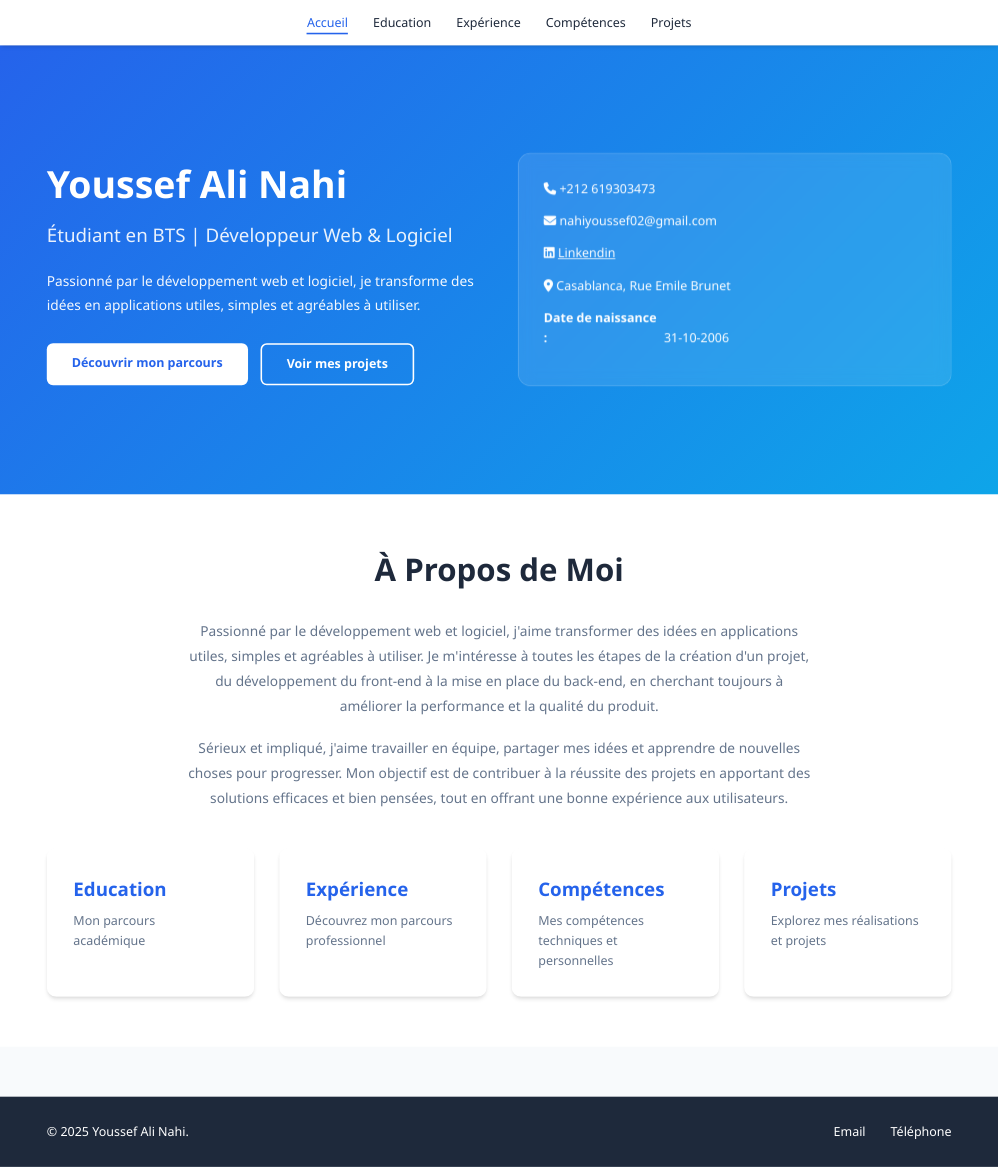
Repository: Youssef-Nahi504/My_Portfolio
Page: index.html
These files come from the project's save history. The page is drawn as it stood at one moment and after the next save; the edit follows.
The browser window is 1280 px wide. The pictures show the whole page, at 78% of full size.

Above is the page before, as saved 2025-12-21 13:31:07.

### index.html
<!DOCTYPE html>
<html lang="fr">

<head>
    <meta charset="UTF-8">
    <meta name="viewport" content="width=device-width, initial-scale=1.0">
    <title>Youssef Ali Nahi - Portfolio</title>
    <link rel="stylesheet" href="style.css">
    <link rel="stylesheet" href="https://cdnjs.cloudflare.com/ajax/libs/font-awesome/6.5.1/css/all.min.css">
</head>

<body>
    <nav class="navbar">
        <div class="nav-container">
            <ul class="nav-menu">
                <li><a href="index.html" class="active">Accueil</a></li>
                <li><a href="Education.html">Education</a></li>
                <li><a href="experience.html">Expérience</a></li>
                <li><a href="competences.html">Compétences</a></li>
                <li><a href="projets.html">Projets</a></li>
            </ul>
        </div>
    </nav>

    <main>
        <section class="hero">
            <div class="hero-content">
                <div class="hero-text">
                    <h1>Youssef Ali Nahi</h1>
                    <h2>Étudiant en BTS | Développeur Web & Logiciel</h2>
                    <p class="hero-subtitle">Passionné par le développement web et logiciel, je transforme des idées en
                        applications utiles, simples et agréables à utiliser.</p>
                    <div class="hero-buttons">
                        <a href="experience.html" class="btn btn-primary">Découvrir mon parcours</a>
                        <a href="projets.html" class="btn btn-secondary">Voir mes projets</a>
                    </div>
                </div>
                <div class="hero-image">
                    <div class="profile-card">
                        <div class="profile-info">
                            <p><i class="fa-solid fa-phone"></i> +212 619303473</p>
                            <p> <i class="fa-solid fa-envelope"></i> nahiyoussef02@gmail.com</p>
                            <p><i class="fa-brands fa-linkedin"></i> <a href="https://www.linkedin.com/in/youssefalinahi02/" target="_blank" style="color: white;">Linkendin</a></p>
                            <p><i class="fa-solid fa-location-dot"></i> Casablanca, Rue Emile Brunet</p>
                            <p><strong>Date de naissance :</strong> 31-10-2006</p>
                        </div>
                    </div>
                </div>
            </div>
        </section>

        <section class="about">
            <div class="container">
                <h2 class="section-title">À Propos de Moi</h2>
                <div class="about-content">
                    <p>
                        Passionné par le développement web et logiciel, j'aime transformer des idées en applications
                        utiles, simples et agréables à utiliser. Je m'intéresse à toutes les étapes de la création d'un
                        projet, du développement du front-end à la mise en place du back-end, en cherchant toujours à
                        améliorer la performance et la qualité du produit.
                    </p>
                    <p>
                        Sérieux et impliqué, j'aime travailler en équipe, partager mes idées et apprendre de nouvelles
                        choses pour progresser. Mon objectif est de contribuer à la réussite des projets en apportant
                        des solutions efficaces et bien pensées, tout en offrant une bonne expérience aux utilisateurs.
                    </p>
                </div>
                <div class="quick-links">
                    <a href="Education.html" class="quick-link-card">
                        <h3>Education</h3>
                        <p>Mon parcours académique</p>
                    </a>

                    <a href="experience.html" class="quick-link-card">
                        <h3>Expérience</h3>
                        <p>Découvrez mon parcours professionnel</p>
                    </a>
                    <a href="competences.html" class="quick-link-card">
                        <h3>Compétences</h3>
                        <p>Mes compétences techniques et personnelles</p>
                    </a>
                    <a href="projets.html" class="quick-link-card">
                        <h3>Projets</h3>
                        <p>Explorez mes réalisations et projets</p>
                    </a>
                </div>
            </div>
        </section>
    </main>

    <footer>
        <div class="container">
            <p>&copy; 2025 Youssef Ali Nahi.</p>
            <div class="footer-links">
                <a href="mailto:nahiyoussef02@gmail.com">Email</a>
                <a href="tel:+212619303473">Téléphone</a>
            </div>
        </div>
    </footer>

    <script src="file.js"></script>
</body>

</html>

### style.css
* {
    margin: 0;
    padding: 0;
    box-sizing: border-box;
}

:root {
    --primary-color: #2563eb;
    --primary-dark: #1e40af;
    --secondary-color: #64748b;
    --accent-color: #0ea5e9;
    --text-dark: #1e293b;
    --text-light: #64748b;
    --bg-light: #f8fafc;
    --bg-white: #ffffff;
    --border-color: #e2e8f0;
    --shadow: 0 4px 6px -1px rgba(0, 0, 0, 0.1), 0 2px 4px -1px rgba(0, 0, 0, 0.06);
    --shadow-lg: 0 10px 15px -3px rgba(0, 0, 0, 0.1), 0 4px 6px -2px rgba(0, 0, 0, 0.05);
}

body {
    font-family: 'Segoe UI', Tahoma, Geneva, Verdana, sans-serif;
    line-height: 1.6;
    color: var(--text-dark);
    background-color: var(--bg-light);
}

.container {
    max-width: 1200px;
    margin: 0 auto;
    padding: 0 20px;
}

/* Navigation */
.navbar {
    background: var(--bg-white);
    box-shadow: var(--shadow);
    position: sticky;
    top: 0;
    z-index: 1000;
    padding: 1rem 0;
}

.nav-container {
    max-width: 1200px;
    margin: 0 auto;
    padding: 0 20px;
    display: flex;
  justify-content: center; /* horizontal */
  align-items: center;
}

.logo {
    font-size: 1.5rem;
    font-weight: bold;
    color: var(--primary-color);
    letter-spacing: 2px;
}

.nav-menu {
    display: flex;
    list-style: none;
    gap: 2rem;
}

.nav-menu a {
    text-decoration: none;
    color: var(--text-dark);
    font-weight: 500;
    transition: color 0.3s ease;
    position: relative;
}

.nav-menu a:hover,
.nav-menu a.active {
    color: var(--primary-color);
}

.nav-menu a.active::after {
    content: '';
    position: absolute;
    bottom: -5px;
    left: 0;
    width: 100%;
    height: 2px;
    background: var(--primary-color);
}

.hamburger {
    display: none;
    flex-direction: column;
    cursor: pointer;
    gap: 4px;
}

.hamburger span {
    width: 25px;
    height: 3px;
    background: var(--text-dark);
    transition: all 0.3s ease;
}

/* Hero Section */
.hero {
    background: linear-gradient(135deg, var(--primary-color) 0%, var(--accent-color) 100%);
    color: white;
    padding: 4rem 0;
    min-height: 80vh;
    display: flex;
    align-items: center;
}

.hero-content {
    max-width: 1200px;
    margin: 0 auto;
    padding: 0 20px;
    display: grid;
    grid-template-columns: 1fr 1fr;
    gap: 3rem;
    align-items: center;
}

.hero-text h1 {
    font-size: 3rem;
    margin-bottom: 0.5rem;
    font-weight: 700;
}

.hero-text h2 {
    font-size: 1.5rem;
    margin-bottom: 1.5rem;
    opacity: 0.9;
    font-weight: 400;
}

.hero-subtitle {
    font-size: 1.1rem;
    margin-bottom: 2rem;
    opacity: 0.95;
    line-height: 1.8;
}

.hero-buttons {
    display: flex;
    gap: 1rem;
    flex-wrap: wrap;
}

.btn {
    padding: 0.75rem 2rem;
    border-radius: 8px;
    text-decoration: none;
    font-weight: 600;
    transition: all 0.3s ease;
    display: inline-block;
}

.btn-primary {
    background: white;
    color: var(--primary-color);
}

.btn-primary:hover {
    transform: translateY(-2px);
    box-shadow: var(--shadow-lg);
}

.btn-secondary {
    background: transparent;
    color: white;
    border: 2px solid white;
}

.btn-secondary:hover {
    background: white;
    color: var(--primary-color);
}

.profile-card {
    background: rgba(255, 255, 255, 0.1);
    backdrop-filter: blur(10px);
    border-radius: 16px;
    padding: 2rem;
    border: 1px solid rgba(255, 255, 255, 0.2);
}

.profile-info p {
    margin-bottom: 1rem;
    font-size: 1rem;
}

.profile-info strong {
    display: inline-block;
    width: 150px;
}

/* About Section */
.about {
    padding: 4rem 0;
    background: var(--bg-white);
}

.section-title {
    font-size: 2.5rem;
    margin-bottom: 2rem;
    text-align: center;
    color: var(--text-dark);
}

.about-content {
    max-width: 800px;
    margin: 0 auto 3rem;
    text-align: center;
}

.about-content p {
    font-size: 1.1rem;
    color: var(--text-light);
    margin-bottom: 1.5rem;
    line-height: 1.8;
}

.quick-links {
    display: grid;
    grid-template-columns: repeat(auto-fit, minmax(250px, 1fr));
    gap: 2rem;
    margin-top: 3rem;
}

.quick-link-card {
    background: var(--bg-white);
    padding: 2rem;
    border-radius: 12px;
    text-decoration: none;
    color: var(--text-dark);
    box-shadow: var(--shadow);
    transition: all 0.3s ease;
    border: 2px solid transparent;
}

.quick-link-card:hover {
    transform: translateY(-5px);
    box-shadow: var(--shadow-lg);
    border-color: var(--primary-color);
}

.quick-link-card h3 {
    color: var(--primary-color);
    margin-bottom: 0.5rem;
    font-size: 1.5rem;
}

.quick-link-card p {
    color: var(--text-light);
}

/* Page Header */
.page-header {
    background: linear-gradient(135deg, var(--primary-color) 0%, var(--accent-color) 100%);
    color: white;
    padding: 3rem 0;
    text-align: center;
}

.page-header h1 {
    font-size: 3rem;
    margin-bottom: 0.5rem;
}

.page-header p {
    font-size: 1.2rem;
    opacity: 0.9;
}

/* Experience Section */
.experience-section {
    padding: 4rem 0;
    background: var(--bg-white);
}

.timeline {
    position: relative;
    max-width: 900px;
    margin: 0 auto;
    padding: 2rem 0;
}

.timeline::before {
    content: '';
    position: absolute;
    left: 30px;
    top: 0;
    bottom: 0;
    width: 2px;
    background: var(--border-color);
}

.timeline-item {
    position: relative;
    margin-bottom: 3rem;
    padding-left: 80px;
}

.timeline-marker {
    position: absolute;
    left: 22px;
    top: 0;
    width: 16px;
    height: 16px;
    border-radius: 50%;
    background: var(--primary-color);
    border: 4px solid var(--bg-white);
    box-shadow: var(--shadow);
}

.timeline-content {
    background: var(--bg-white);
    padding: 2rem;
    border-radius: 12px;
    box-shadow: var(--shadow);
    transition: all 0.3s ease;
}

.timeline-content:hover {
    box-shadow: var(--shadow-lg);
    transform: translateX(5px);
}

.timeline-date {
    color: var(--primary-color);
    font-weight: 600;
    margin-bottom: 0.5rem;
    font-size: 0.9rem;
}

.timeline-content h3 {
    color: var(--text-dark);
    margin-bottom: 0.25rem;
    font-size: 1.5rem;
}

.timeline-content h4 {
    color: var(--text-light);
    margin-bottom: 1rem;
    font-weight: 500;
}

.timeline-content ul {
    list-style: none;
    padding-left: 0;
}

.timeline-content li {
    padding-left: 1.5rem;
    position: relative;
    margin-bottom: 0.5rem;
    color: var(--text-light);
}

.timeline-content li::before {
    content: '▸';
    position: absolute;
    left: 0;
    color: var(--primary-color);
}

/* Education Section */
.education-section {
    padding: 4rem 0;
    background: var(--bg-light);
}

.education-grid {
    display: grid;
    grid-template-columns: repeat(auto-fit, minmax(300px, 1fr));
    gap: 2rem;
    max-width: 900px;
    margin: 0 auto;
}

.education-card {
    background: var(--bg-white);
    padding: 2rem;
    border-radius: 12px;
    box-shadow: var(--shadow);
    transition: all 0.3s ease;
    border-top: 4px solid var(--primary-color);
}

.education-card:hover {
    transform: translateY(-5px);
    box-shadow: var(--shadow-lg);
}

.education-year {
    color: var(--primary-color);
    font-weight: 600;
    margin-bottom: 1rem;
    font-size: 0.9rem;
}

.education-card h3 {
    color: var(--text-dark);
    margin-bottom: 0.5rem;
    font-size: 1.3rem;
}

.education-card h4 {
    color: var(--text-light);
    margin-bottom: 1rem;
    font-weight: 500;
}

.education-institution {
    color: var(--text-light);
    font-style: italic;
}

/* Skills Section */
.skills-section {
    padding: 4rem 0;
    background: var(--bg-white);
}

.skills-category {
    margin-bottom: 4rem;
}

.category-title {
    font-size: 2rem;
    margin-bottom: 2rem;
    color: var(--text-dark);
    text-align: center;
}

.skills-grid {
    display: grid;
    grid-template-columns: repeat(auto-fit, minmax(250px, 1fr));
    gap: 2rem;
}

.skill-group {
    background: var(--bg-light);
    padding: 1.5rem;
    border-radius: 12px;
    border-top: 4px solid var(--primary-color);
}

.skill-group h3 {
    color: var(--text-dark);
    margin-bottom: 1rem;
    font-size: 1.2rem;
}

.skill-tags {
    display: flex;
    flex-wrap: wrap;
    gap: 0.5rem;
}

.skill-tag {
    background: transparent;
    color: var(--text-light);
    padding: 0;
    border-radius: 0;
    font-size: 1rem;
    font-weight: 500;
}

.soft-skills-grid {
    display: grid;
    grid-template-columns: repeat(auto-fit, minmax(200px, 1fr));
    gap: 1.5rem;
}

.soft-skill-card {
    background: linear-gradient(135deg, var(--primary-color) 0%, var(--accent-color) 100%);
    color: white;
    padding: 2rem;
    border-radius: 12px;
    text-align: center;
    transition: all 0.3s ease;
}

.soft-skill-card:hover {
    transform: translateY(-5px);
    box-shadow: var(--shadow-lg);
}

.soft-skill-card h3 {
    font-size: 1.2rem;
}

.languages-grid,
.interests-grid {
    display: grid;
    grid-template-columns: repeat(auto-fit, minmax(200px, 1fr));
    gap: 1.5rem;
}

.language-card,
.interest-card {
    background: var(--bg-white);
    padding: 2rem;
    border-radius: 12px;
    box-shadow: var(--shadow);
    text-align: center;
    transition: all 0.3s ease;
    border-top: 4px solid var(--primary-color);
}

.language-card:hover,
.interest-card:hover {
    transform: translateY(-5px);
    box-shadow: var(--shadow-lg);
}

.language-card h3,
.interest-card h3 {
    color: var(--text-dark);
    margin-bottom: 0.5rem;
    font-size: 1.3rem;
}

.language-card p {
    color: var(--text-light);
    font-weight: 500;
}

/* Projects Section */
.projects-section {
    padding: 4rem 0;
    background: var(--bg-white);
}

.projects-grid {
    display: grid;
    grid-template-columns: repeat(auto-fit, minmax(300px, 1fr));
    gap: 2rem;
}

.project-card {
    background: var(--bg-white);
    padding: 2rem;
    border-radius: 12px;
    box-shadow: var(--shadow);
    transition: all 0.3s ease;
    border-top: 4px solid var(--primary-color);
    position: relative;
}

.project-badge {
    position: absolute;
    top: 1rem;
    right: 1rem;
    background: linear-gradient(135deg, var(--primary-color) 0%, var(--accent-color) 100%);
    color: white;
    padding: 0.4rem 0.8rem;
    border-radius: 20px;
    font-size: 0.75rem;
    font-weight: 600;
    text-transform: uppercase;
    letter-spacing: 0.5px;
}

.project-card:hover {
    transform: translateY(-5px);
    box-shadow: var(--shadow-lg);
}

.project-icon {
    font-size: 3rem;
    margin-bottom: 1rem;
}

.project-card h3 {
    color: var(--text-dark);
    margin-bottom: 0.75rem;
    font-size: 1.4rem;
}

.project-tech {
    color: var(--primary-color);
    font-weight: 600;
    margin-bottom: 1rem;
    font-size: 0.9rem;
}

.project-description {
    color: var(--text-light);
    line-height: 1.7;
}

/* Footer */
footer {
    background: var(--text-dark);
    color: white;
    padding: 2rem 0;
    margin-top: 4rem;
}

footer .container {
    display: flex;
    justify-content: space-between;
    align-items: center;
    flex-wrap: wrap;
    gap: 1rem;
}

.footer-links {
    display: flex;
    gap: 2rem;
}

.footer-links a {
    color: white;
    text-decoration: none;
    transition: color 0.3s ease;
}

.footer-links a:hover {
    color: var(--accent-color);
}

/* Responsive Design */
@media (max-width: 768px) {
    .hamburger {
        display: flex;
    }

    .nav-menu {
        position: fixed;
        left: -100%;
        top: 70px;
        flex-direction: column;
        background: var(--bg-white);
        width: 100%;
        text-align: center;
        transition: 0.3s;
        box-shadow: var(--shadow);
        padding: 2rem 0;
        gap: 0;
    }

    .nav-menu.active {
        left: 0;
    }

    .nav-menu li {
        margin: 1rem 0;
    }

    .hero-content {
        grid-template-columns: 1fr;
        text-align: center;
    }

    .hero-text h1 {
        font-size: 2rem;
    }

    .hero-text h2 {
        font-size: 1.2rem;
    }

    .section-title {
        font-size: 2rem;
    }

    .page-header h1 {
        font-size: 2rem;
    }

    .timeline::before {
        left: 15px;
    }

    .timeline-item {
        padding-left: 50px;
    }

    .timeline-marker {
        left: 7px;
    }

    .quick-links {
        grid-template-columns: 1fr;
    }

    footer .container {
        flex-direction: column;
        text-align: center;
    }
}

@media (max-width: 480px) {
    .hero {
        padding: 2rem 0;
        min-height: auto;
    }

    .hero-text h1 {
        font-size: 1.5rem;
    }

    .btn {
        padding: 0.6rem 1.5rem;
        font-size: 0.9rem;
    }

    .projects-grid,
    .education-grid {
        grid-template-columns: 1fr;
    }
}

### file.js
// Mobile Navigation Toggle
const hamburger = document.querySelector('.hamburger');
const navMenu = document.querySelector('.nav-menu');

if (hamburger && navMenu) {
    hamburger.addEventListener('click', () => {
        navMenu.classList.toggle('active');

        // Animate hamburger
        const spans = hamburger.querySelectorAll('span');
        if (navMenu.classList.contains('active')) {
            spans[0].style.transform = 'rotate(45deg) translate(5px, 5px)';
            spans[1].style.opacity = '0';
            spans[2].style.transform = 'rotate(-45deg) translate(7px, -6px)';
        } else {
            spans[0].style.transform = 'none';
            spans[1].style.opacity = '1';
            spans[2].style.transform = 'none';
        }
    });

    // Close menu when clicking on a link
    document.querySelectorAll('.nav-menu a').forEach(link => {
        link.addEventListener('click', () => {
            navMenu.classList.remove('active');
            const spans = hamburger.querySelectorAll('span');
            spans[0].style.transform = 'none';
            spans[1].style.opacity = '1';
            spans[2].style.transform = 'none';
        });
    });

    // Close menu when clicking outside
    document.addEventListener('click', (e) => {
        if (!hamburger.contains(e.target) && !navMenu.contains(e.target)) {
            navMenu.classList.remove('active');
            const spans = hamburger.querySelectorAll('span');
            spans[0].style.transform = 'none';
            spans[1].style.opacity = '1';
            spans[2].style.transform = 'none';
        }
    });
}

// Smooth scroll for anchor links
document.querySelectorAll('a[href^="#"]').forEach(anchor => {
    anchor.addEventListener('click', function (e) {
        e.preventDefault();
        const target = document.querySelector(this.getAttribute('href'));
        if (target) {
            target.scrollIntoView({
                behavior: 'smooth',
                block: 'start'
            });
        }
    });
});

// Add scroll animation
const observerOptions = {
    threshold: 0.1,
    rootMargin: '0px 0px -50px 0px'
};

const observer = new IntersectionObserver((entries) => {
    entries.forEach(entry => {
        if (entry.isIntersecting) {
            entry.target.style.opacity = '1';
            entry.target.style.transform = 'translateY(0)';
        }
    });
}, observerOptions);

// Observe elements for animation
document.addEventListener('DOMContentLoaded', () => {
    const animateElements = document.querySelectorAll('.project-card, .education-card, .timeline-item, .skill-group, .soft-skill-card, .language-card, .interest-card, .quick-link-card');

    animateElements.forEach(el => {
        el.style.opacity = '0';
        el.style.transform = 'translateY(20px)';
        el.style.transition = 'opacity 0.6s ease, transform 0.6s ease';
        observer.observe(el);
    });
});

// Add active page highlighting
document.addEventListener('DOMContentLoaded', () => {
    const currentPage = window.location.pathname.split('/').pop() || 'index.html';
    const navLinks = document.querySelectorAll('.nav-menu a');

    navLinks.forEach(link => {
        const linkPage = link.getAttribute('href');
        if (linkPage === currentPage || (currentPage === '' && linkPage === 'index.html')) {
            link.classList.add('active');
        } else {
            link.classList.remove('active');
        }
    });
});

After the next save:
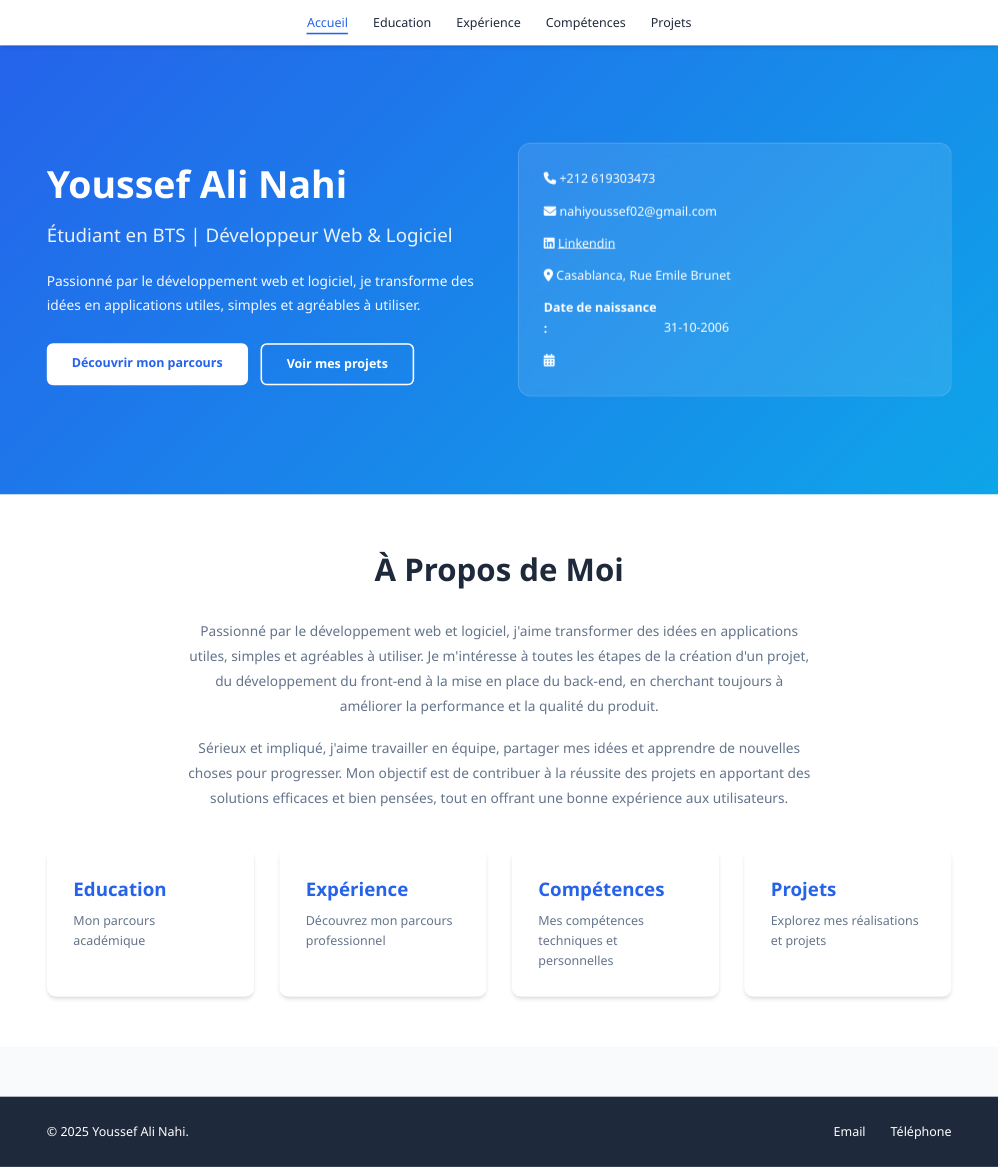
Saved 29 s later.
--- a/index.html
+++ b/index.html
@@ -42,7 +42,8 @@
                             <p> <i class="fa-solid fa-envelope"></i> nahiyoussef02@gmail.com</p>
                             <p><i class="fa-brands fa-linkedin"></i> <a href="https://www.linkedin.com/in/youssefalinahi02/" target="_blank" style="color: white;">Linkendin</a></p>
                             <p><i class="fa-solid fa-location-dot"></i> Casablanca, Rue Emile Brunet</p>
-                            <p><strong>Date de naissance :</strong> 31-10-2006</p>
+                            <p><strong>Date de naissance :</strong> 31-10-2006</p> <i class="fa-solid fa-calendar-days"></i>
+
                         </div>
                     </div>
                 </div>
